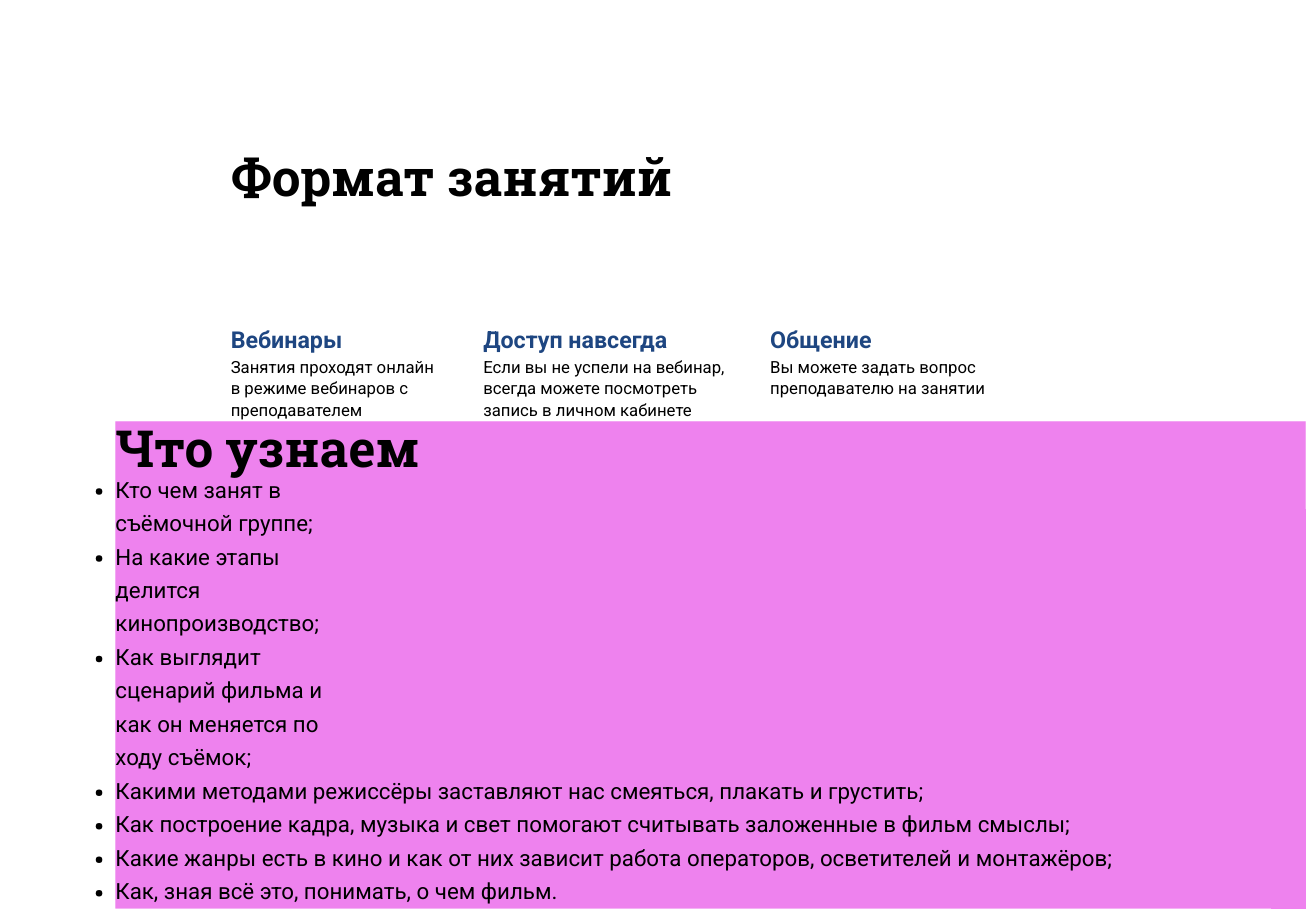
Repository: PoladEziz/Task2
Page: index.html
The author's editor kept a copy of each file at every save. The page is drawn from the files as they stood at one save, then again after the next save.
The browser window is 1280 px wide. The page is 1404 px wide, so the pictures cover 1404 px, including what lies to the right of the window. The pictures show the whole page, at 93% of full size.

Above is the page before, as saved 2023-05-04 17:38:48.

### index.html
<!DOCTYPE html>
<html lang="en">

<head>
    <meta charset="UTF-8">
    <meta http-equiv="X-UA-Compatible" content="IE=edge">
    <meta name="viewport" content="width=device-width, initial-scale=1.0">
    <title>Document</title>
    <link rel="stylesheet" href="index.css">
</head>

<body>
    <div class="main">
        <div class="page-1">
            <h1>Формат занятий</h1>
            <div class="top_child">

                <ul>
                    <li>
                        <h2>Вебинары</h2>
                        <p>Занятия проходят онлайн
                            в режиме вебинаров
                            с преподавателем</p>
                    </li>

                    <li>
                        <h2>Доступ навсегда</h2>
                        <p>Если вы не успели на вебинар, всегда можете посмотреть запись в личном кабинете</p>
                    </li>

                    <li>
                        <h2>Общение</h2>
                        <p>Вы можете задать вопрос
                            преподавателю на занятии</p>
                    </li>


                </ul>
            </div>

        </div>
        <div class="page-2">
            <h1>Что узнаем</h1>
            <ul>
                <li>Кто чем занят в съёмочной группе; </li>
                <li>На какие этапы делится кинопроизводство; </li>
                <li>Как выглядит сценарий фильма и как он меняется по ходу съёмок; </li>
                <li>Какими методами режиссёры заставляют нас смеяться, плакать и грустить; </li>
                <li>Как построение кадра, музыка и свет помогают считывать заложенные в фильм смыслы; </li>
                <li>Какие жанры есть в кино и как от них зависит работа операторов, осветителей и монтажёров; </li>
                <li>Как, зная всё это, понимать, о чем фильм.</li>
            </ul>




        </div>


    </div>
</body>

</html>

### index.css
@import url("https://fonts.googleapis.com/css2?family=Roboto+Slab:wght@700&family=Roboto:wght@700&display=swap");
@import url("https://fonts.googleapis.com/css2?family=Roboto&family=Roboto+Slab:wght@700&display=swap");

* {
  margin: 0;
  padding: 0;
}

.main {
  width: 100%;
  display: flex;
  flex-direction: column;
  padding-left: 124px;
}

.page-1 {
  padding-top: 162px;
  padding-left: 124px;
  padding-right: 344px;
}

.page-1 h1 {
  margin-bottom: 133px;
  font-family: "Roboto Slab";
  font-style: normal;
  font-weight: 700;
  font-size: 55px;
  line-height: 55px;
}
.page-1 ul {
  width: 100%;
  display: flex;
  justify-content: space-between;
}
.page-1 ul li {
  list-style-type: none;
}
li:nth-child(1) {
  width: 223px;
}
li:nth-child(2) {
  width: 260px;
}
li:nth-child(3) {
  width: 232px;
}
.page-1 ul li h2 {
  font-family: "Roboto";
  font-style: normal;
  font-weight: 700;
  font-size: 25px;
  line-height: 130%;
  color: #1e4681;
}

.page-1 ul li p {
  font-family: "Roboto";
  font-style: normal;
  font-weight: 400;
  font-size: 18px;
  line-height: 130%;
}

.page-2 {
  display: flex;
  flex-direction: row;
  width: 100%;
}

.page-1 h1 {
  width: 100%;
}

.page-2 {
    background-color: violet;
  width: 100%;
  display: flex;
  flex-direction: column;
}

.page-2 h1 {
  font-family: Roboto Slab;
  font-size: 55px;
  font-weight: 700;
  line-height: 56px;
  text-align: left;
}

.page-2 ul li {
  font-family: Roboto;
  font-size: 24px;
  font-weight: 400;
  line-height: 36px;
  text-align: left;
}

After the next save:
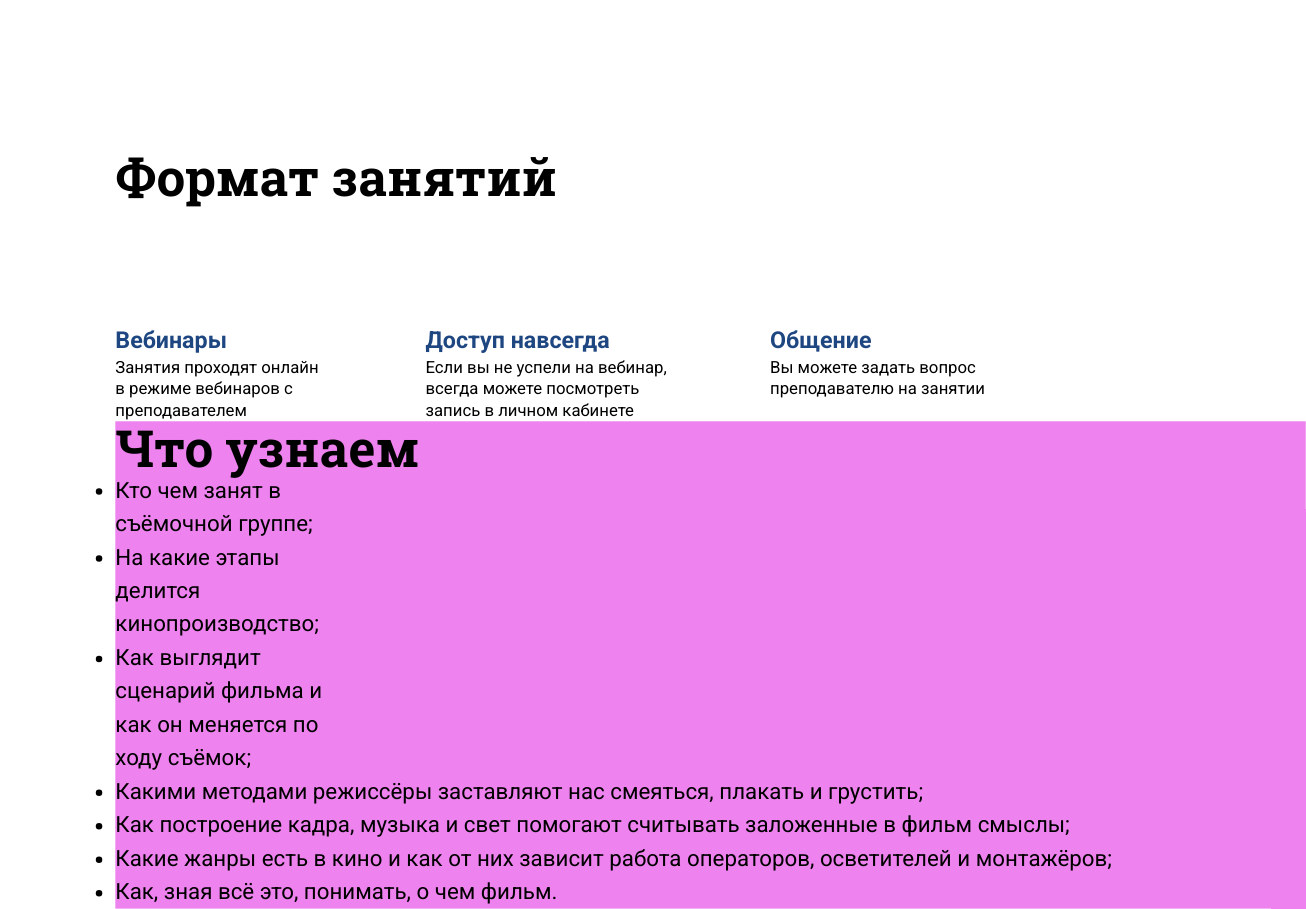
Saved 4 s later.
--- a/index.css
+++ b/index.css
@@ -15,7 +15,6 @@
 
 .page-1 {
   padding-top: 162px;
-  padding-left: 124px;
   padding-right: 344px;
 }
 
